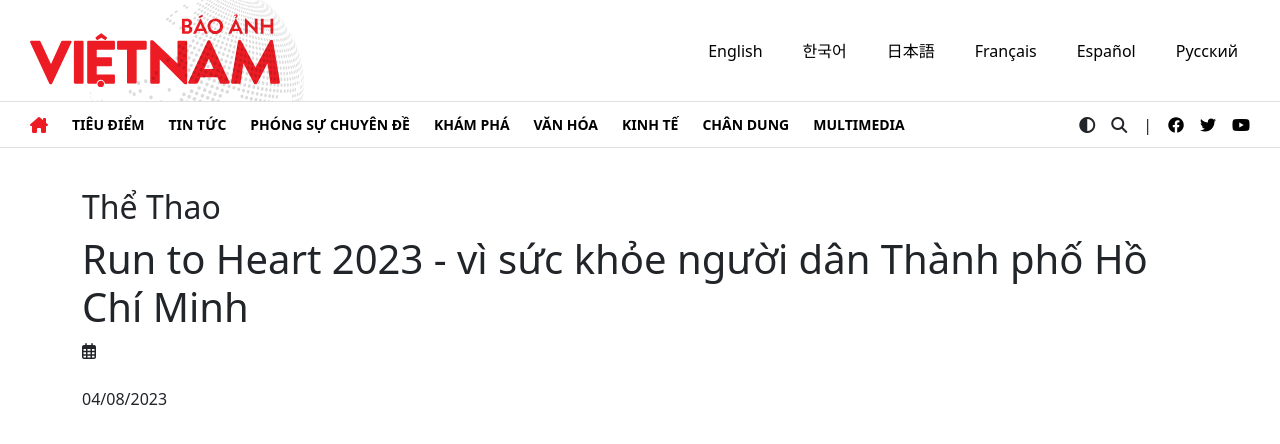
Repository: kietdotshp/webtintuc
Page: Detail.html
The author's editor kept a copy of each file at every save. The page is drawn from the files as they stood at one save, then again after a run of saves.
The browser window is 1280 px wide. The pictures show the whole page.
Some web libraries are served in a nearby version.

Above is the page before, as saved 2023-08-10 16:01:34.

After the next 3 saves:
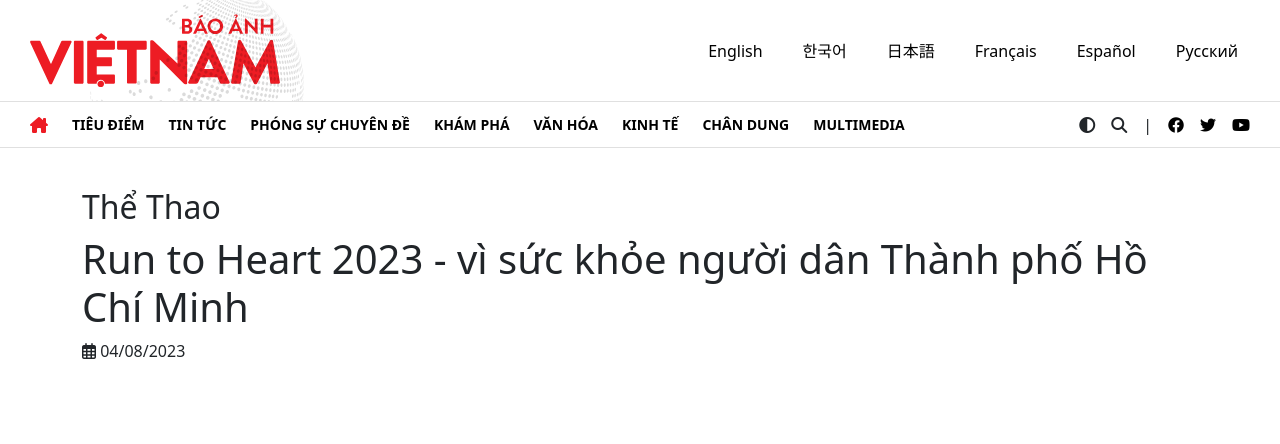
The 3 saves are shown as one change because they came seconds apart.
The last was saved 12 s later.
--- a/Detail.html
+++ b/Detail.html
@@ -99,7 +99,7 @@
             <h1>Run to Heart 2023 - vì sức khỏe người dân Thành phố Hồ Chí Minh</h1>
 
             <time>
-                <i class="fa-regular fa-calendar"></i><br><br>
+                <i class="fa-regular fa-calendar"></i>
                 04/08/2023
             </time>
         </div>
